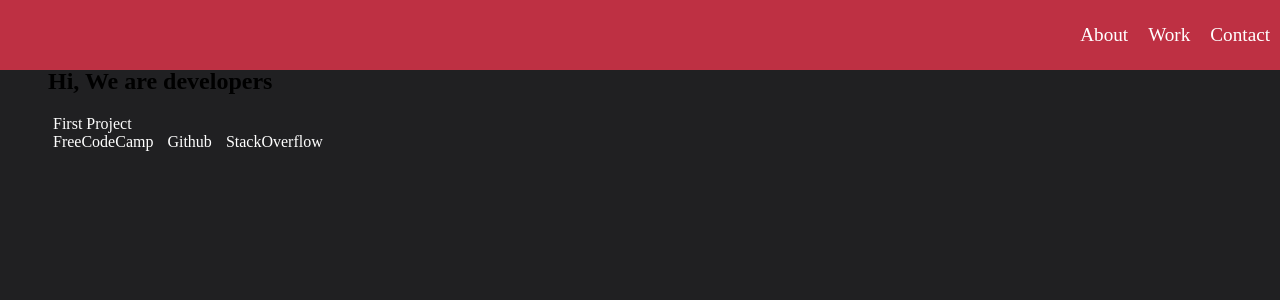
Repository: justicebhekani88/microverse_portfolio_project
Page: index.html
An editor plug-in stored every save of this project. The page is shown before and after the next save, followed by the edit.
The browser window is 1280 px wide. The pictures show the whole page.

Above is the page before, as saved 2022-07-21 14:50:36.

After the next save:
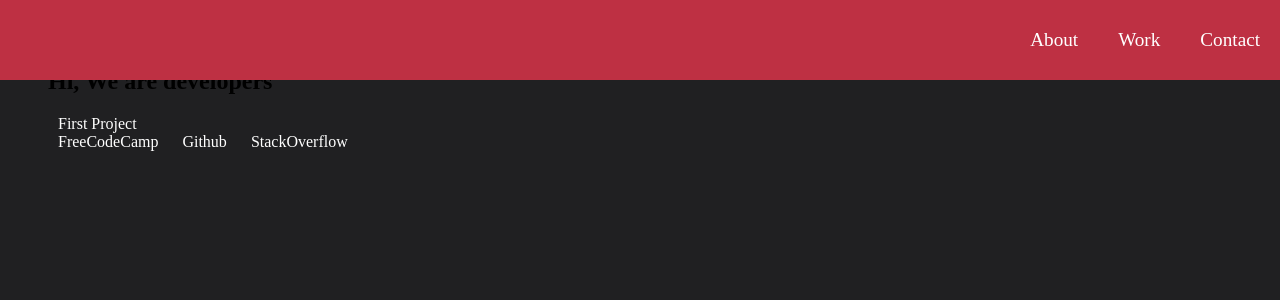
Saved 14 s later.
--- a/style.css
+++ b/style.css
@@ -20,7 +20,7 @@ nav {
 li, a {
     list-style: none;
     color: white;
-    padding: 5px;
+    padding: 10px;
     text-decoration: none;
 }
 
